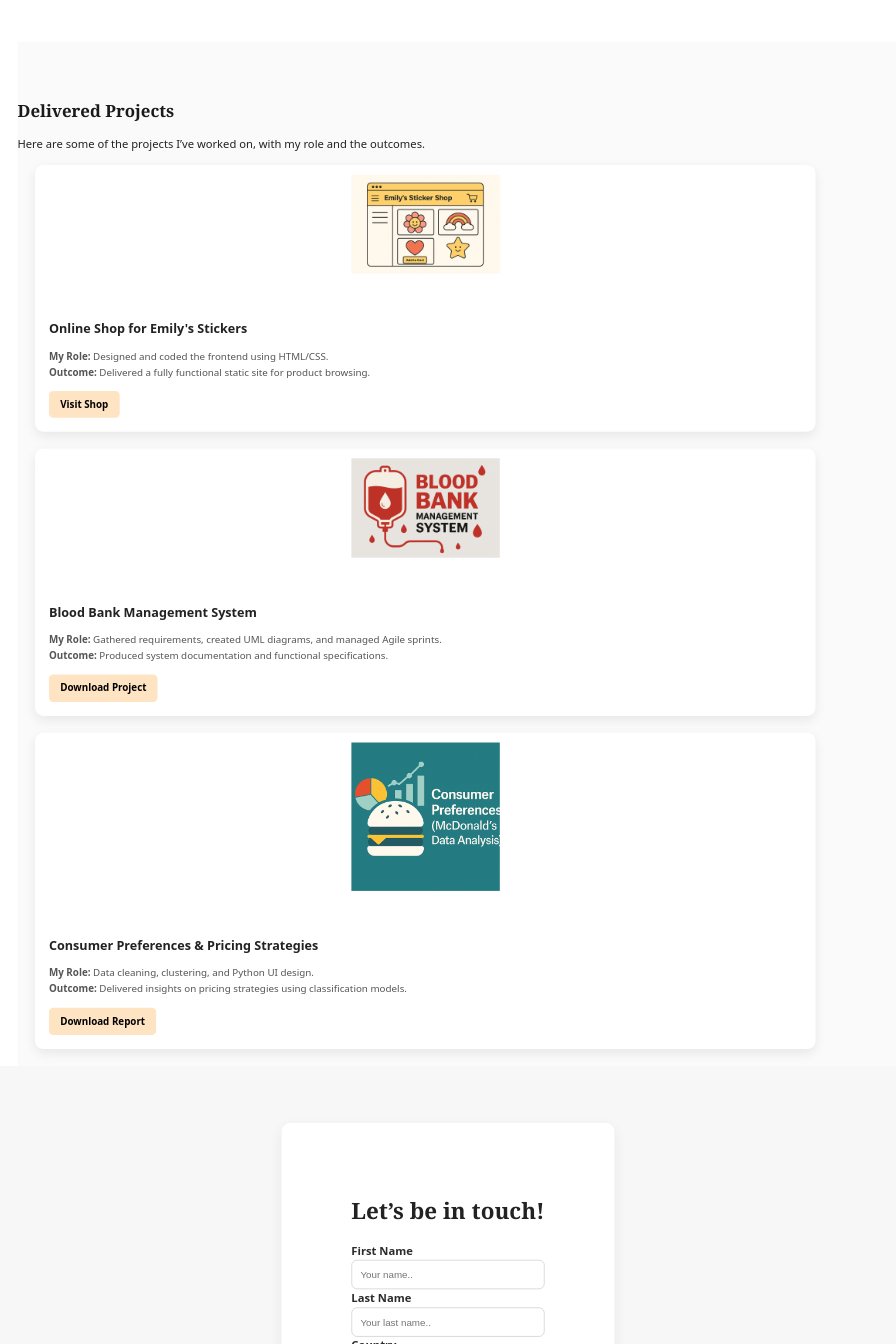
Repository: rozhinasaberi/MyPortfolio
Page: /login (app in client/)
The author's editor kept a copy of each file at every save. The page is drawn from the files as they stood at one save, then again after the next save.
The browser window is 1280 px wide. The pictures show the part of the page from y = 3214 to 5134 px (the page is 5541 px tall before and 5075 px after), at 70% of full size.
The project was rebuilt for these pictures with package versions that can differ from the ones it lists, and the page was loaded fresh each time.

Above is the page before, as saved 2025-09-17 06:15:03.

After the next save:
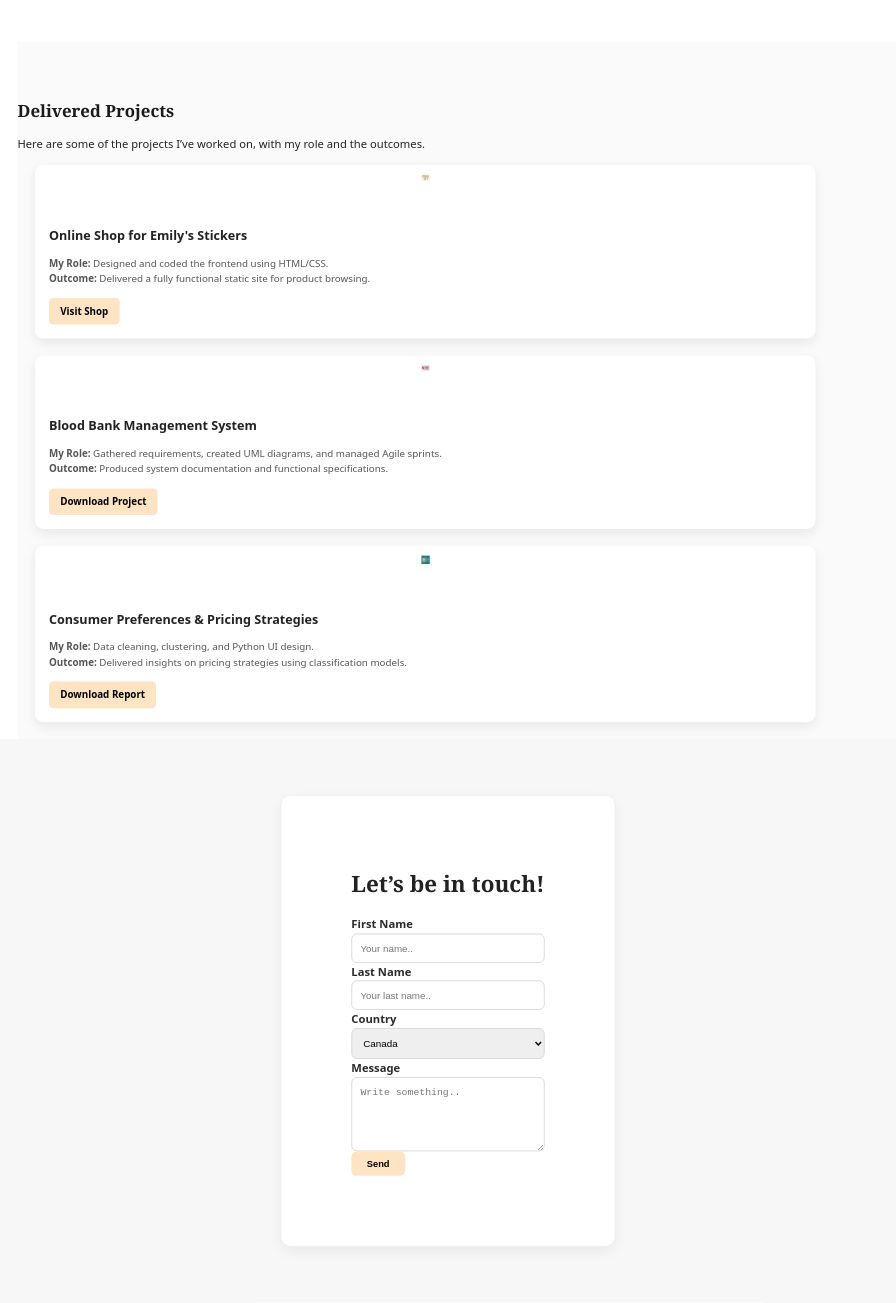
Saved 10 s later.
--- a/client/src/midterm1.css
+++ b/client/src/midterm1.css
@@ -274,8 +274,8 @@
 
 .Projectsection .card-img-top,
 #Project .card-img-top {
-  max-width: 220px !important;
-  max-height: 220px !important;
+  max-width: 20px !important;
+  max-height: 20px !important;
 
   object-fit: contain;
   display: block;
